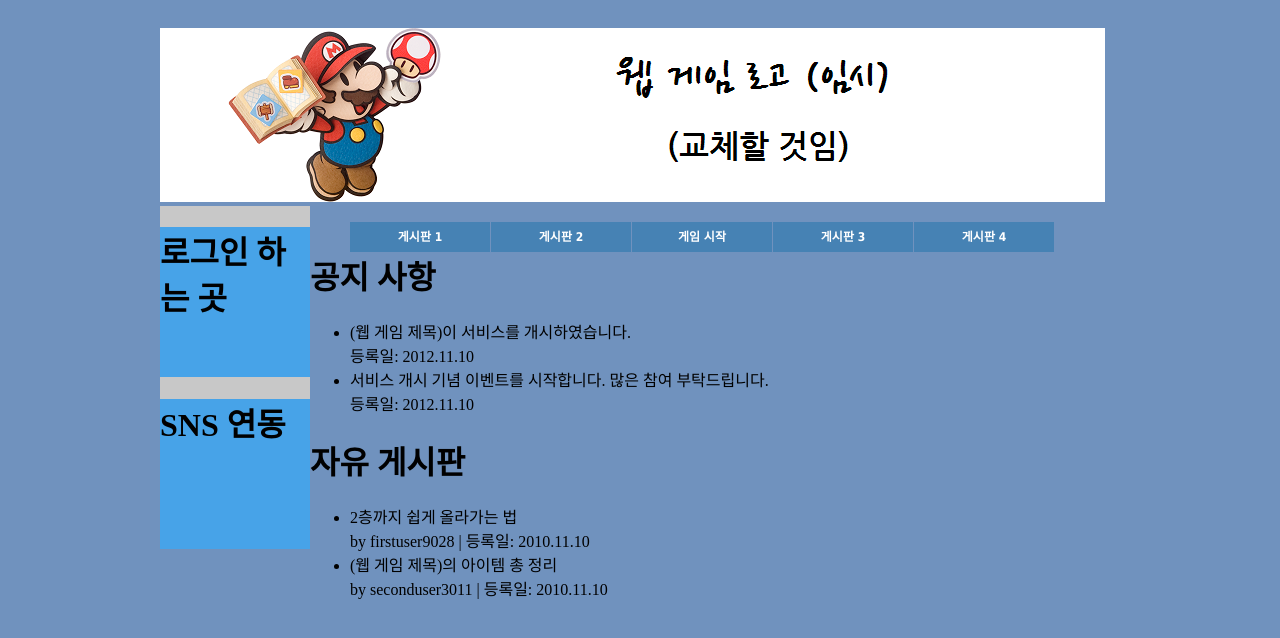
Repository: gunhe123/web_programing_project_Team_4
Page: http://localhost/web_game/
These files come from the project's save history. The page is drawn as it stood at one moment and after the next save; the edit follows.
The browser window is 1280 px wide. The pictures show the whole page.
The page is served by Tomcat 9. Nobody is signed in. The application's start-up code is not run. Other server files are loaded and not shown.

Above is the page before, as saved 2012-11-10 16:03:21.

### web_game/WebContent/index.html
<!DOCTYPE html>
<html lang="ko">
<head>
	<meta charset="utf-8">
	<title>Web Game</title>
	<link href="stylesheets/main.css" rel="stylesheet" type="text/css">
</head>
<body>
<div id="wrap">
	<div id="top_logo">
		<img src="images/mario.png" alt="Web Game Logo">
	</div>
	<div id="content">
		<div id="sidebar">
			<div id="login_box">
			<h1>로그인 하는 곳</h1>
			</div>
			<div id="sns">
			<h1>SNS 연동</h1>
			</div>
		</div>
		<div id="main_content">
			<div class="main_section" id="menubar">
				<ul>
					<li><a href="">게시판 1</a></li>
					<li><a href="">게시판 2</a></li>
					<li><a href="">게임 시작</a></li>
					<li><a href="">게시판 3</a></li>
					<li><a href="">게시판 4</a></li>
				</ul>
			</div>
			<div class="main_section" id="notice">
			<h1>공지 사항</h1>
			<ul>
				<li>
					<div class="article">
					(웹 게임 제목)이 서비스를 개시하였습니다.
					</div>
					<span class="date">등록일: 2012.11.10</span>
				</li>
				<li>
					<div class="article">
					서비스 개시 기념 이벤트를 시작합니다. 많은 참여 부탁드립니다.
					</div>
					<span class="date">등록일: 2012.11.10</span>
				</li>
			</ul>
			</div>
			<div class="main_section" id="free_board">
			<h1>자유 게시판</h1>
			<ul>
				<li>
					<div class="article">
					2층까지 쉽게 올라가는 법
					</div>
					<span class="author">by firstuser9028</span> |
					<span class="date">등록일: 2010.11.10</span>
				</li>
				<li>
					<div class="article">
					(웹 게임 제목)의 아이템 총 정리
					</div>
					<span class="author">by seconduser3011</span> |
					<span clss="date">등록일: 2010.11.10</span>
				</li>
			</ul>
			</div>
		</div>
	</div>
</div>
</body>
</html>

### web_game/WebContent/stylesheets/main.css
html{color:#000;
	background:rgb(112,146,190);
	padding:20px 0;
	}
#wrap{
	width: 960px;
	margin:0 auto;
}
#main_content{
	float: left;
}

#sidebar{
	background:rgb(200,200,200);
	width: 150px;
	float: left;
}
#login_box{
	background-color:rgb(71,163,232);
	height: 150px;
}
#sns{
	background-color:rgb(71,163,232);
	height: 150px;
}
#menubar ul li{
	float: left;
	list-style: none;
	}
#menubar ul li a{
	color:#fff; background-color:#4682b4;

	display:block;
	width:120px;
	text-align:center;
	padding:0px 10px;
	font: bold 12px/30px Tahoma;
	text-decoration:none;
	margin-right:1px;
}
#notice{
	float: none;
}

After the next save:
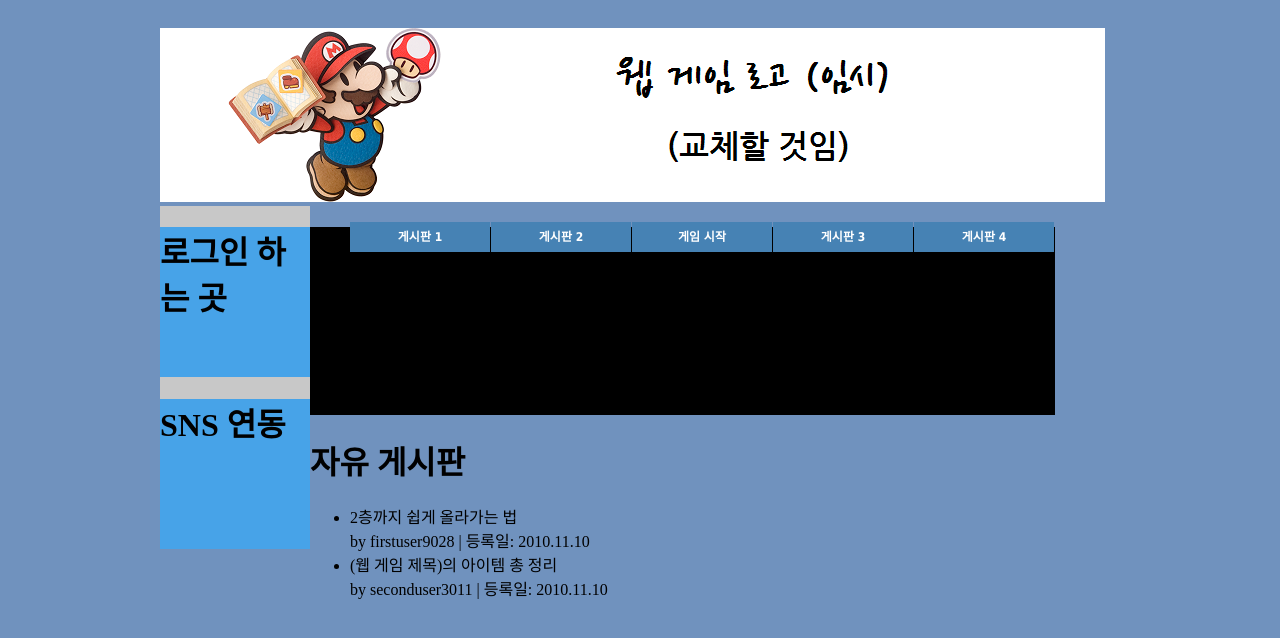
Saved 65 s later.
--- a/web_game/WebContent/stylesheets/main.css
+++ b/web_game/WebContent/stylesheets/main.css
@@ -39,5 +39,6 @@
 	margin-right:1px;
 }
 #notice{
+	background-color:rgb(0,0,0);
 	float: none;
 }
